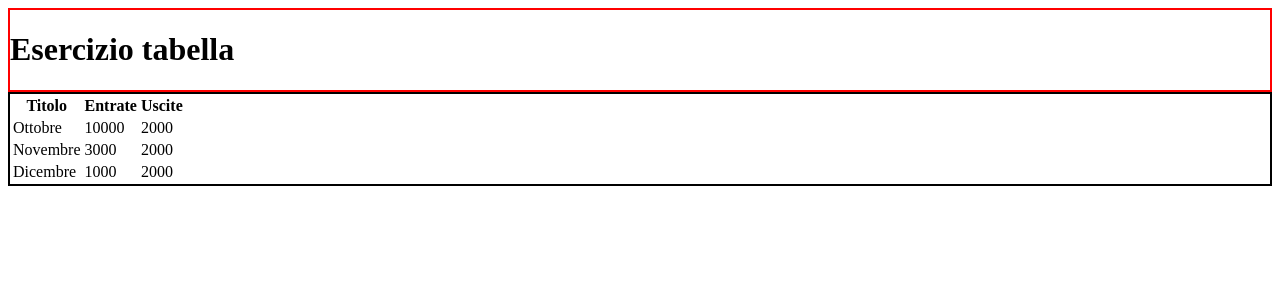
Repository: CryptoFamilyNFT/develhope
Page: html/start.html
These files come from the project's save history. The page is drawn as it stood at one moment and after the next save; the edit follows.
The browser window is 1280 px wide. The pictures show the whole page.

Above is the page before, as saved 2024-10-31 12:02:36.

### html/start.html
<!DOCTYPE html>
<html lang="it">

<head>
    <meta http-equiv="X-UA-Compatible" content="IE=edge" />
    <meta charset="utf-8" />
    <meta name="viewport" content="width=device-width, initial-scale=1.0, maximum-scale=1.0, user-scalable=no" />
    <title>Lezione HTML</title>

    <style>
        header {
            border: 2px solid red;
        }

        main {
            border: 2px solid black;
        }

        section {
            border: 1px solid grey;
        }

        footer {
            border: 2px solid green;
        }
    </style>
</head>

<body>
    <header>
        <h1>Esercizio tabella</h1>
    </header>

    <main>
        <table>
            <thead>
                <tr>
                    <th>
                        Titolo
                    </th>
                    <th>
                        Entrate
                    </th>
                    <th>
                        Uscite
                    </th>
                </tr>
            </thead>
            <tbody>
                <tr>
                    <td>
                        Ottobre
                    </td>
                    <td>
                        10000
                    </td>
                    <td>
                        2000
                    </td>
                </tr>
                <tr>
                    <td>
                        Novembre
                    </td>
                    <td>
                        3000
                    </td>
                    <td>
                        2000
                    </td>
                </tr>
                <tr>
                    <td>
                        Dicembre
                    </td>
                    <td>
                        1000
                    </td>
                    <td>
                        2000
                    </td>
                </tr>
            </tbody>
        </table>
    </main>

</body>

</html>

After the next save:
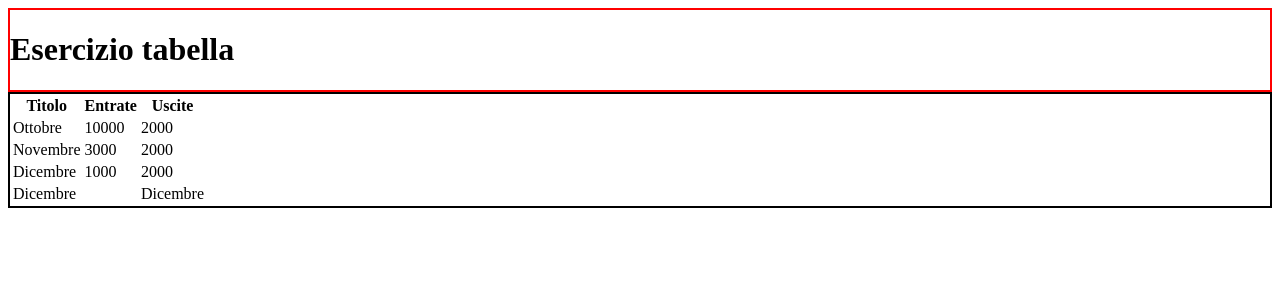
Saved 66 s later.
--- a/html/start.html
+++ b/html/start.html
@@ -81,6 +81,14 @@
                     </td>
                 </tr>
             </tbody>
+            <tfoot>
+                <td colspan="2">
+                    Dicembre
+                </td>
+                <td colspan="2">
+                    Dicembre
+                </td>
+            </tfoot>
         </table>
     </main>
 
